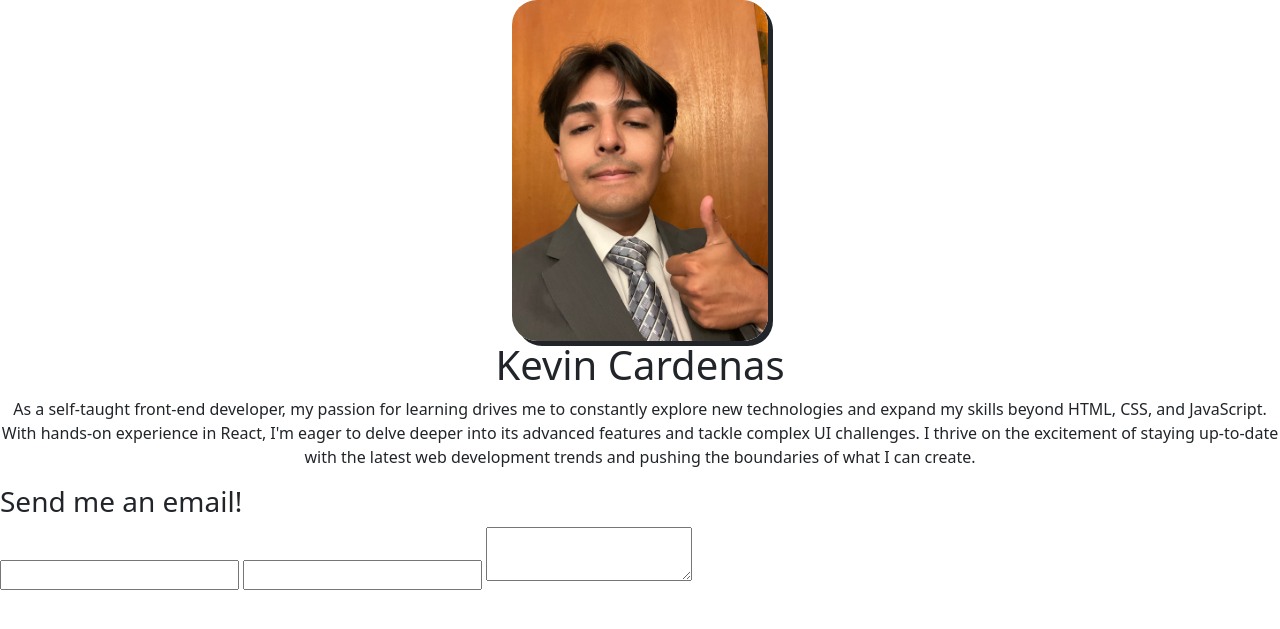
Repository: elqueben/elqueben.github.io
Page: public/index.html
The author's editor kept a copy of each file at every save. The page is drawn from the files as they stood at one save, then again after a run of saves.
The browser window is 1280 px wide. The pictures show the whole page.

Above is the page before, as saved 2023-06-20 11:54:18.

### public/index.html
<!DOCTYPE html>
<html lang="en">
<head>
  <meta charset="UTF-8">
  <meta name="viewport" content="width=device-width, initial-scale=1.0">
  <link rel="stylesheet" href="https://cdn.jsdelivr.net/npm/bootstrap@5.2.3/dist/css/bootstrap.min.css" integrity="sha384-rbsA2VBKQhggwzxH7pPCaAqO46MgnOM80zW1RWuH61DGLwZJEdK2Kadq2F9CUG65" crossorigin="anonymous">
  <link rel="stylesheet" href="styles.css">
  <title>elqueben</title>
</head>
<body>
  <div>
    <img id="pfp" src="me.jpg" />
  </div>
  <h1 class="text-center">Kevin Cardenas</h1>
  <p class="text-center">As a self-taught front-end developer, my passion for learning drives me to constantly explore new technologies and expand my skills beyond HTML, CSS, and JavaScript. With hands-on experience in React, I'm eager to delve deeper into its advanced features and tackle complex UI challenges. I thrive on the excitement of staying up-to-date with the latest web development trends and pushing the boundaries of what I can create.</p>
  <div>
    <h3>Send me an email!</h3>
    <div>
      <form>
        <input type="text" name="name">
        <input type="text" name="email">
        <textarea></textarea>
      </form>
    </div>
  </div>
</body>
</html>

### public/styles.css
#pfp {
    width: 20%;
    display: block;
    margin: 0 auto;
    border: 2px;
    border-radius: 25px;
    box-shadow: 5px 5px;
  }

After the next 2 saves:
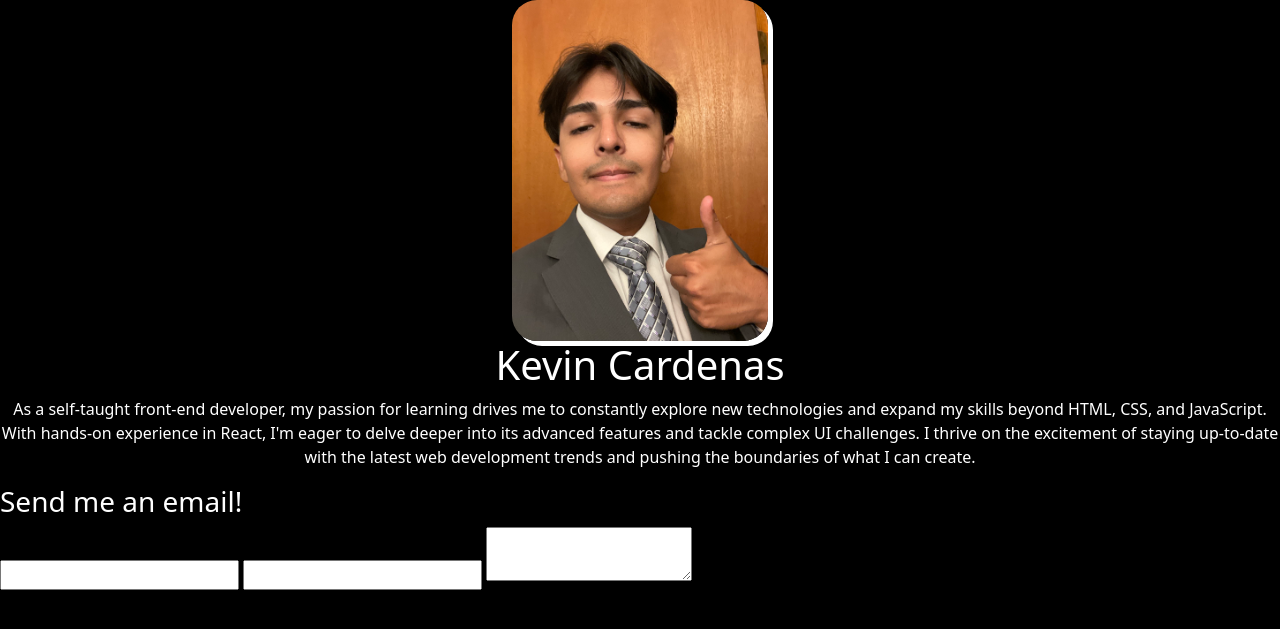
The 2 saves are shown as one change because they came seconds apart.
The last was saved 2 min 3 s later.
--- a/public/styles.css
+++ b/public/styles.css
@@ -6,3 +6,24 @@
     border-radius: 25px;
     box-shadow: 5px 5px;
   }
+
+body {
+  background-color: #000;
+  color: #fff;
+}
+
+.my-form {
+  max-width: 400px;
+  margin: 0 auto;
+}
+
+.form-control {
+  background-color: #000;
+  border: 1px solid #fff;
+  color: #fff;
+}
+
+.btn-primary {
+  background-color: #000;
+  border-color: #fff;
+}
